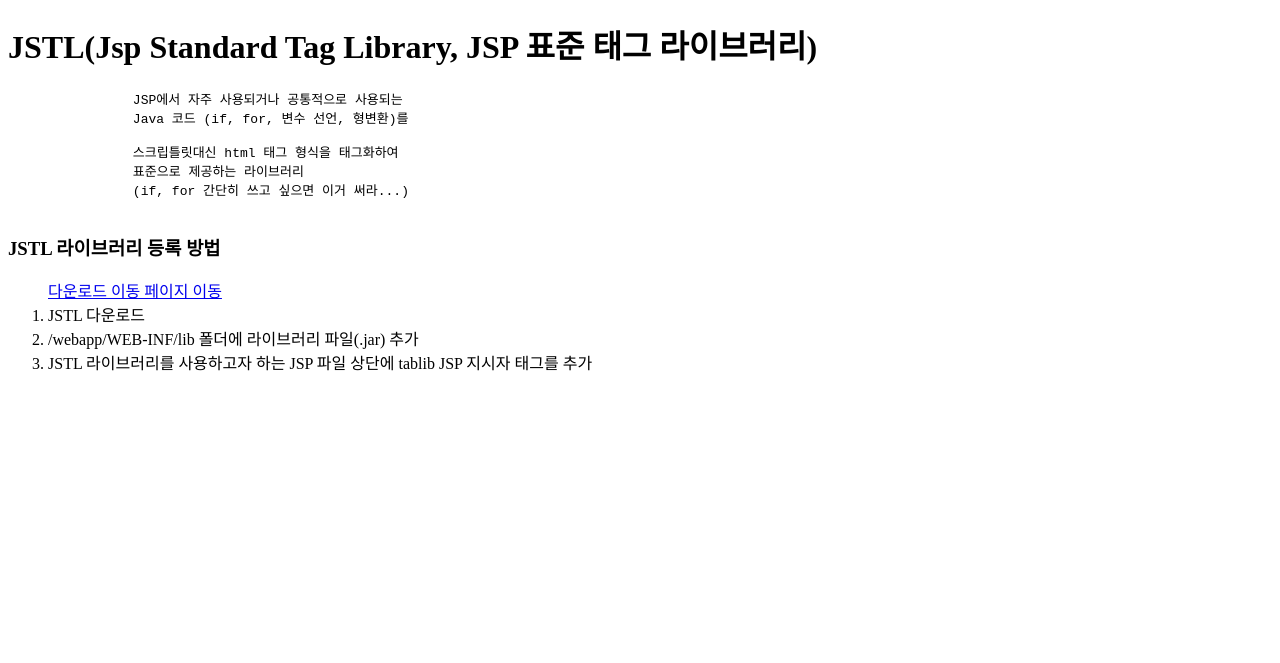
Repository: ahnjaeyoun/6_Server
Page: http://localhost/JSPProject2/jstl/main
The author's editor kept a copy of each file at every save. The page is drawn from the files as they stood at one save, then again after the next save.
The browser window is 1280 px wide. The pictures show the whole page.
The page is served by Tomcat 9.

Above is the page before, as saved 2023-09-19 03:23:08.

After the next save:
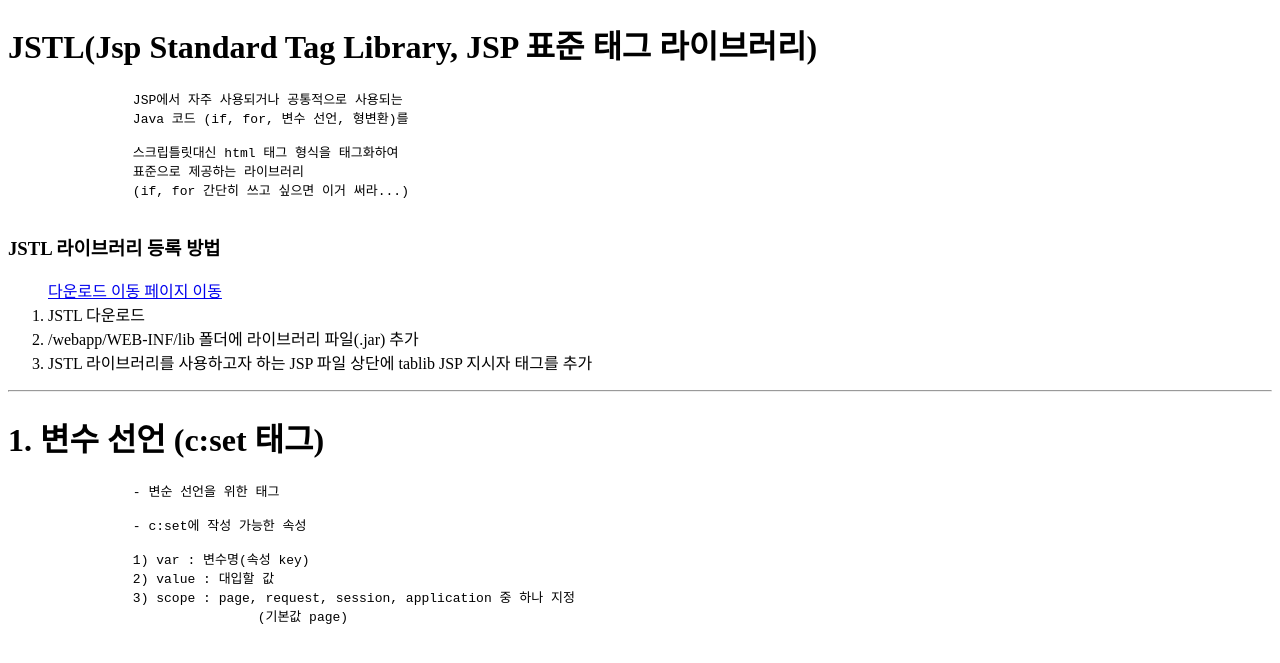
Saved 5 min 30 s later.
--- a/JSPProject2/src/main/webapp/WEB-INF/views/jstl/main.jsp
+++ b/JSPProject2/src/main/webapp/WEB-INF/views/jstl/main.jsp
@@ -57,6 +57,30 @@
 		</li>
 	</ol>
 
+	<hr>
+
+	<h1>1. 변수 선언 (c:set 태그)</h1>
+
+	<pre>
+		- 변순 선언을 위한 태그
+
+		- c:set에 작성 가능한 속성
+
+		1) var : 변수명(속성 key)
+		2) value : 대입할 값
+		3) scope : page, request, session, application 중 하나 지정
+				(기본값 page)
+	</pre>
+
+	<%
+		// 스크립틀릿으로 page scope 에 속성 세팅하는 방법
+		pageContext.setAttribute("num1", 10);
+	%>
+
+	<%-- JSTL로 page scope에 속성 세팅하는 방법 --%>
+	<c:set var="num2" value="20"/>
+
+
 
 
 
